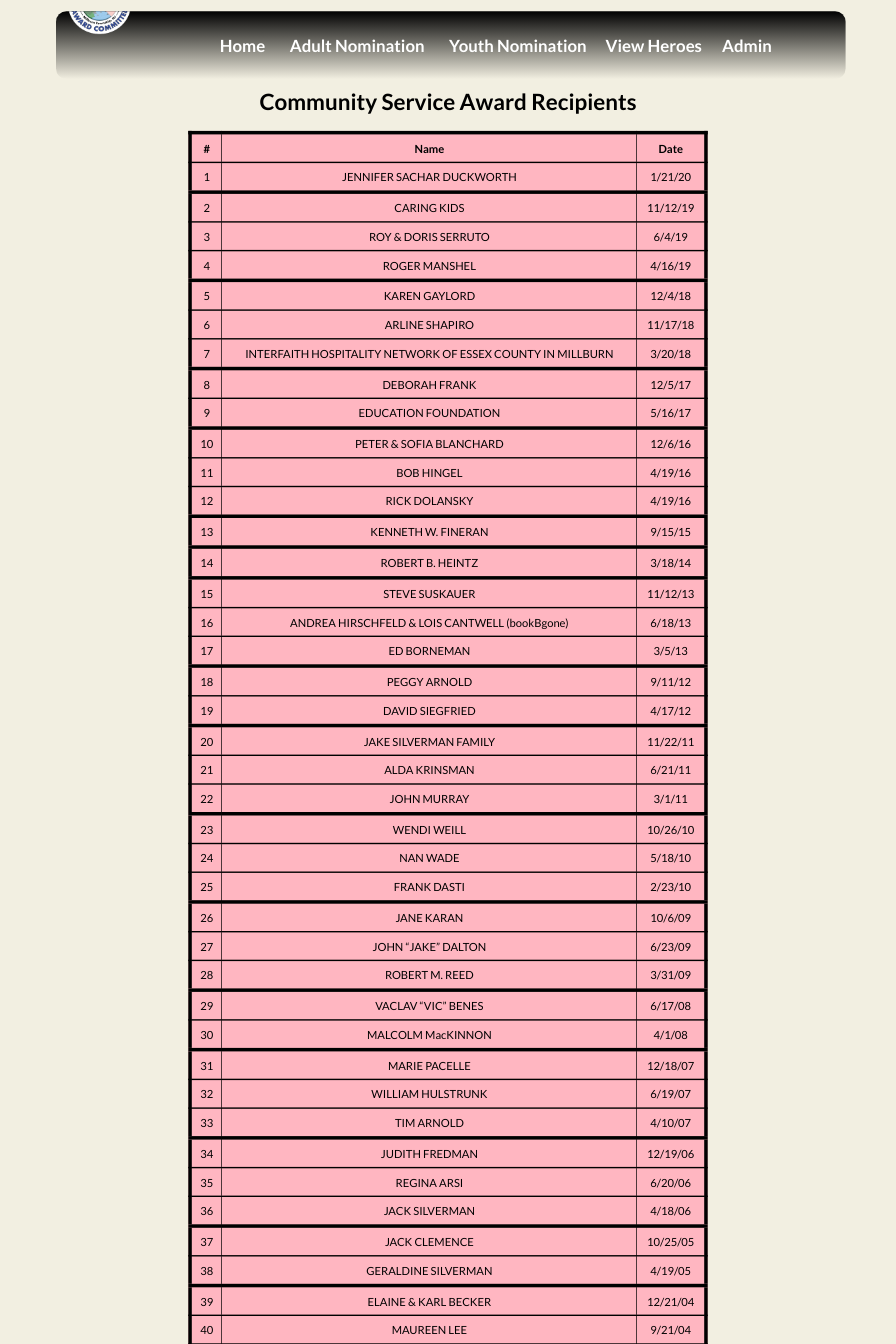
Repository: Centrattic/Young-Heroes-Website
Page: http://localhost/Frontend/before2020.php
The author's editor kept a copy of each file at every save. The page is drawn from the files as they stood at one save, then again after a run of saves.
The browser window is 1280 px wide. The pictures show the part of the page from y = 0 to 1920 px (the page is 3810 px tall), at 70% of full size.
The page is run by PHP 8.4 with error messages shown; the project is at /var/www/html/.

Above is the page before, as saved 2020-12-21 14:21:14.

### Eagle Project/Frontend/before2020.php
<?php
require '../Backend/functions.php';
require '../Backend/dbhconnect.php';
?>

<html>
  <head>
    <link href="https://fonts.googleapis.com/css2?family=Lato:ital,wght@0,400;0,700;1,300;1,400&display=swap" rel="stylesheet">
    <link href="../CSS/home.css" rel="stylesheet" type="text/css" />

    <link rel = "stylesheet" href = "../CSS/navbar.css">
  </head>

  <body>

    <?php
        navbar();
    ?>

    <h1> Community Service Award Recipients</h1> <!-- Most recent first!!! -->
    <br>

    <style>
        #before2020-table {
            margin: 0 auto;
            border: 5px solid black;
            border-radius: 0px;
            background-color: lightpink;
            width: 65%;
        }

        th,td {
            padding: 10px;
        }

        /*td:nth-child(1) {
            border-right: 2px solid black;
            border-radius: 0px;
            padding-bottom: 0px;
            margin-bottom: 0px;
        }*/

        tr {
            border: 2px solid black;
        }

        .last-of-year {
            border-bottom: 5px solid black;
        }

    </style>

    <table id = "before2020-table" rules = "all">
        <tr>
            <th> # </th>
            <th> Name </th>
            <th> Date </th>
        </tr>
        <!-- Most to least recent-->


        <tr class = "last-of-year">
            <td> 1 </td>
            <td> JENNIFER SACHAR DUCKWORTH </td>
            <td> 1/21/20 </td>
        </tr>

		<tr>
            <td> 2 </td>
            <td> CARING KIDS </td>
            <td> 11/12/19 </td>
        </tr>

		<tr>
            <td> 3 </td>
            <td> ROY & DORIS SERRUTO </td>
            <td> 6/4/19 </td>
        </tr>

		<tr class = "last-of-year">
            <td> 4 </td>
            <td> ROGER MANSHEL</td>
            <td> 4/16/19 </td>
        </tr>

		<tr>
            <td> 5 </td>
            <td> KAREN GAYLORD </td>
            <td> 12/4/18 </td>
        </tr>

		<tr>
            <td> 6 </td>
            <td> ARLINE SHAPIRO</td>
            <td> 11/17/18 </td>
        </tr>

		<tr class = "last-of-year">
            <td> 7 </td>
            <td> INTERFAITH HOSPITALITY NETWORK OF ESSEX COUNTY IN MILLBURN </td>
            <td> 3/20/18 </td>
        </tr>

		<tr>
            <td> 8 </td>
            <td> DEBORAH FRANK </td>
            <td> 12/5/17 </td>
        </tr>

		<tr class = "last-of-year">
            <td> 9 </td>
            <td> EDUCATION FOUNDATION </td>
            <td> 5/16/17 </td>
        </tr>
		<tr>
            <td> 10 </td>
            <td> PETER & SOFIA BLANCHARD </td>
            <td> 12/6/16 </td>
        </tr>

		<tr>
            <td> 11 </td>
            <td> BOB HINGEL </td>
            <td> 4/19/16 </td>
        </tr>

		<tr class = "last-of-year">
            <td> 12 </td>
            <td> RICK DOLANSKY </td>
            <td> 4/19/16 </td>
        </tr>

		<tr class = "last-of-year">
            <td> 13 </td>
            <td> KENNETH W. FINERAN </td>
            <td> 9/15/15 </td>
        </tr>

		<tr class = "last-of-year">
            <td> 14 </td>
            <td> ROBERT B. HEINTZ </td>
            <td> 3/18/14 </td>
        </tr>

		<tr>
            <td> 15 </td>
            <td> STEVE SUSKAUER </td>
            <td> 11/12/13 </td>
        </tr>

		<tr>
            <td> 16 </td>
            <td> ANDREA HIRSCHFELD & LOIS CANTWELL (bookBgone) </td>
            <td> 6/18/13 </td>
        </tr>

		<tr class = "last-of-year">
            <td> 17 </td>
            <td> ED BORNEMAN </td>
            <td> 3/5/13 </td>
        </tr>

		<tr>
            <td> 18 </td>
            <td> PEGGY ARNOLD </td>
            <td> 9/11/12 </td>
        </tr>

		<tr class = "last-of-year">
            <td> 19 </td>
            <td> DAVID SIEGFRIED </td>
            <td> 4/17/12 </td>
        </tr>

		<tr>
            <td> 20 </td>
            <td> JAKE SILVERMAN FAMILY </td>
            <td> 11/22/11 </td>
        </tr>

		<tr>
            <td> 21 </td>
            <td> ALDA KRINSMAN </td>
            <td> 6/21/11 </td>
        </tr>

		<tr class = "last-of-year">
            <td> 22 </td>
            <td> JOHN MURRAY </td>
            <td> 3/1/11 </td>
        </tr>

		<tr>
            <td> 23 </td>
            <td> WENDI WEILL </td>
            <td> 10/26/10 </td>
        </tr>

		<tr>
            <td> 24 </td>
            <td> NAN WADE </td>
            <td> 5/18/10 </td>
        </tr>

        <tr class = "last-of-year">
            <td> 25 </td>
            <td> FRANK DASTI </td>
            <td> 2/23/10 </td>
        </tr>

        <tr>
            <td> 26 </td>
            <td> JANE KARAN </td>
            <td> 10/6/09 </td>
        </tr>

        <tr>
            <td> 27 </td>
            <td> JOHN “JAKE” DALTON </td>
            <td> 6/23/09 </td>
        </tr>

        <tr class = "last-of-year">
            <td> 28 </td>
            <td> ROBERT M. REED </td>
            <td> 3/31/09 </td>
        </tr>

        <tr>
            <td> 29 </td>
            <td> VACLAV “VIC” BENES </td>
            <td> 6/17/08 </td>
        </tr>

		<tr class = "last-of-year">
            <td> 30 </td>
            <td> MALCOLM MacKINNON </td>
            <td> 4/1/08 </td>
        </tr>

		<tr>
            <td> 31 </td>
            <td> MARIE PACELLE </td>
            <td> 12/18/07 </td>
        </tr>

		<tr>
            <td> 32 </td>
            <td> WILLIAM HULSTRUNK </td>
            <td> 6/19/07 </td>
        </tr>

		<tr class = "last-of-year">
            <td> 33 </td>
            <td> TIM ARNOLD </td>
            <td> 4/10/07 </td>
        </tr>

		<tr>
            <td> 34 </td>
            <td> JUDITH FREDMAN </td>
            <td> 12/19/06 </td>
        </tr>

		<tr>
            <td> 35 </td>
            <td> REGINA ARSI </td>
            <td> 6/20/06 </td>
        </tr>

		<tr class = "last-of-year">
            <td> 36 </td>
            <td> JACK SILVERMAN </td>
            <td> 4/18/06 </td>
        </tr>

        <tr>
            <td> 37 </td>
            <td> JACK CLEMENCE </td>
            <td> 10/25/05 </td>
        </tr>

        <tr class = "last-of-year">
            <td> 38 </td>
            <td> GERALDINE SILVERMAN </td>
            <td> 4/19/05 </td>
        </tr>

        <tr>
            <td> 39 </td>
            <td> ELAINE & KARL BECKER </td>
            <td> 12/21/04 </td>
        </tr>

		<tr>
            <td> 40 </td>
            <td> MAUREEN LEE </td>
            <td> 9/21/04 </td>
        </tr>

		<tr>
            <td> 41 </td>
            <td> ANNE V. SMITH </td>
            <td> 6/15/04 </td>
        </tr>

		<tr class = "last-of-year">
            <td> 42 </td>
            <td> W. OWEN LAMPE </td>
            <td> 4/8/04 </td>
        </tr>

		<tr>
            <td> 43 </td>
            <td> EVA GOTTSCHO </td>
            <td> 12/2/03 </td>
        </tr>

		<tr class = "last-of-year">
            <td> 44 </td>
            <td> WILLIAM E. JUDES </td>
            <td> 6/10/03 </td>
        </tr>

		<tr>
            <td> 45 </td>
            <td> DELIA WALBRIDGE </td>
            <td> 12/3/02 </td>
        </tr>

		<tr>
            <td> 46 </td>
            <td> SHARON & AVI BRENDER </td>
            <td> 9/10/02 </td>
        </tr>

		<tr class = "last-of-year">
            <td> 47 </td>
            <td> ANGELO Del ROSSI </td>
            <td> 6/11/02 </td>
        </tr>

		<tr>
            <td> 48 </td>
            <td> LOUISE GILI </td>
            <td> 11/20/01 </td>
        </tr>

		<tr>
            <td> 49 </td>
            <td> THOMAS J. EAKLEY </td>
            <td> 8/21/01 </td>
        </tr>

		<tr class = "last-of-year">
            <td> 50 </td>
            <td> SHERMAN T. BREWER, JR. </td>
            <td> 3/20/01 </td>
        </tr>

		<tr>
            <td> 51 </td>
            <td> MARK GUTERMAN </td>
            <td> 12/5/00 </td>
        </tr>

		<tr>
            <td> 52 </td>
            <td> ELEANOR T. McGLAUGHLIN </td>
            <td> 9/19/00 </td>
        </tr>

		<tr>
            <td> 53 </td>
            <td> JOAN DAESCHLER </td>
            <td> 6/13/00 </td>
        </tr>

		<tr class = "last-of-year">
            <td> 54 </td>
            <td> WALTER JEFFREY, JR. </td>
            <td> 4/18/00 </td>
        </tr>

		<tr>
            <td> 55 </td>
            <td> DR. PAUL KEARNEY </td>
            <td> 11/9/99 </td>
        </tr>

		<tr class = "last-of-year">
            <td> 56 </td>
            <td> LEIGH GIFFORD </td>
            <td> 4/13/99 </td>
        </tr>

		<tr>
            <td> 57 </td>
            <td> LYNNE RANIERI </td>
            <td> 12/15/98 </td>
        </tr>

		<tr>
            <td> 58 </td>
            <td> ELAINE BIRNHOLZ </td>
            <td> 10/20/98 </td>
        </tr>

		<tr>
            <td> 59 </td>
            <td> NANCY GOAT </td>
            <td> 6/9/98 </td>
        </tr>

		<tr class = "last-of-year">
            <td> 60 </td>
            <td> JAMES LAURIE </td>
            <td> 3/17/98 </td>
        </tr>

		<tr>
            <td> 61 </td>
            <td> JOAN BORNEMAN </td>
            <td> 12/16/97 </td>
        </tr>

		<tr>
            <td> 62 </td>
            <td> PHYLLIS KINGSBURY </td>
            <td> 10/7/97 </td>
        </tr>

		<tr>
            <td> 63 </td>
            <td> LINDSEY REBECCA HUSTON </td>
            <td> 6/24/97 </td>
        </tr>

		<tr class = "last-of-year">
            <td> 64 </td>
            <td> ALFRED H. CONNELLEE </td>
            <td> 4/19/97 </td>
        </tr>

		<tr>
            <td> 65 </td>
            <td> HARRIET LOWENGRUB </td>
            <td> 12/3/96 </td>
        </tr>

		<tr>
            <td> 66 </td>
            <td> JOHN S. WARE </td>
            <td> 6/25/96 </td>
        </tr>

        <tr class = "last-of-year">
            <td> 67 </td>
            <td> SUSANNAH J. LIKINS </td>
            <td> 3/19/96 </td>
        </tr>

        <tr>
            <td> 68 </td>
            <td> IRIS STOLOFF </td>
            <td> 12/5/95 </td>
        </tr>

        <tr>
            <td> 69 </td>
            <td> DOUGLAS REED </td>
            <td> 9/5/95 </td>
        </tr>

		<tr>
            <td> 70 </td>
            <td> CHARLES T. & DOROTHY KING </td>
            <td> 6/27/95 </td>
        </tr>

		<tr class = "last-of-year">
            <td> 71 </td>
            <td> ROBERT E. MARSHALL </td>
            <td> 3/21/95 </td>
        </tr>

        <tr>
            <td> 72 </td>
            <td> LOUIS J. KURTZ </td>
            <td> 2/6/94 </td>
        </tr>

		<tr>
            <td> 73 </td>
            <td> LEZETTE PROUD </td>
            <td> 9/13/94 </td>
        </tr>

		<tr class = "last-of-year">
            <td> 74 </td>
            <td> LAUREN HUSTON </td>
            <td> 6/14/94 </td>
        </tr>

		<tr>
            <td> 75 </td>
            <td> DONALD L. CAMPBELL </td>
            <td> 7/6/93 </td>
        </tr>

		<tr class = "last-of-year">
            <td> 76 </td>
            <td> MAUREEN S. SILVER </td>
            <td> 4/27/93 </td>
        </tr>

        <tr>
            <td> 77 </td>
            <td> STEPHEN LEIT </td>
            <td> 6/16/92 </td>
        </tr>

        <tr>
            <td> 78 </td>
            <td> MURIEL SCHWARTZSTEIN </td>
            <td> 5/5/92 </td>
        </tr>

        <tr class = "last-of-year">
            <td> 79 </td>
            <td> EVELYN ORTNER </td>
            <td> 3/3/92 </td>
        </tr>

        <tr>
            <td> 80 </td>
            <td> LINDA McDONOUGH </td>
            <td> 12/17/91 </td>
        </tr>

        <tr>
            <td> 81 </td>
            <td> ALFRED T. PEDECINE </td>
            <td> 9/3/91 </td>
        </tr>

        <tr>
            <td> 82 </td>
            <td> EDITH CONNELLEE </td>
            <td> 8/16/91 </td>
        </tr>

        <tr>
            <td> 83 </td>
            <td> LORI FRIEDMAN </td>
            <td> 6/11/91 </td>
        </tr>

        <tr>
            <td> 84 </td>
            <td> WILLIAM CONROE </td>
            <td> 5/21/91 </td>
        </tr>

        <tr>
            <td> 87 </td>
            <td> ELIZABETH NAUGHTON </td>
            <td> 5/5/91 </td>
        </tr>

    </table>



</body>
</html>

### Eagle Project/Backend/dbhconnect.php
<?php
  $servername = "localhost";
  $dbUsername = "root";
  $dbPassword = "";
  $dbName = "young_heroes";

  //connecting to database
  $connection = new mysqli($servername, $dbUsername, $dbPassword, $dbName);

  //error message if connection fails
  if(!$connection){
    die("Connection failed: ".mysqli_connect_error());
  }
?>

### Eagle Project/CSS/home.css
* {
    text-align: center;
    padding: 2px;
    margin: 2px;
    font-family: 'Lato', sans-serif;
    border-radius: 15px;

}

body {
    background-color: #F2EFE1;

}

#homepicgrid {
    display: grid;
    width: auto;
    height: 30%;

    grid-template-columns: auto auto auto auto;
    grid-template-rows: auto;
}

#homepicgrid img {
    height: 100%;
    object-fit: cover;
    width: 100%;
}


#homepagetitle {
    font-size: 2em;
    width: auto;
    background-color: white;
    padding: 10px;
    margin: 5px;
}



#hometextgrid {
    display: grid;
    width: auto;
    margin: 0 auto;
    grid-template-columns: auto auto auto;
    grid-template-rows: auto auto;
}

#hometextgrid div {
    background-color: #E2DECC;
    padding: 20px;
}


#CSAChistory {
    background-color: #E2DECC;
    padding: 20px;
    padding-top: 0;
    margin: 10px 0;
}
#impact {
    background-color: white;
    width: 35%;
    margin: 2% auto;
    border: 10px solid transparent;
    border-image: url("../Images/borderhome.jpg") 30 round !important;
}

#impact h3 {
    margin: 15%;
}


#getinvolved {
    background-image: url("../Images/millburnblossoms.jpg");
    height: 60%;
    display: flex;
    align-items: center;
    justify-content: center;
}

#nominateahero {
    width: 70%;
    padding: 0 20px;
    background-color:  #F2EFE1;
}

#getinvolved p {
    margin: 10px;
}

button {
    font-size: 1em;
}

### Eagle Project/CSS/navbar.css
* {
    text-align: center;
    font-family: 'Lato', sans-serif;
}

body {
    background-color: #F2EFE1;
}


.menu-area li{
    display: inline;
    color: white;
    font-weight: bold;
    font-size: 1.5em;
    padding-bottom: 10px;
}

.menu-area .non-dropdown a{
    display: inline-block;
    padding: 30px 10px;
    color: white;
    box-sizing: border-box;

}

.menu-area a {
    text-decoration: none;
    color: white;
}

.menu-area .nav-dropdown .dropdown-content li a{
    display: inline-block;
    text-align: center;
    padding: 14px 16px;
    text-decoration: none;
}

.menu-area {
    width: 100%;
    background-image: linear-gradient(black, #F2EFE1);
    overflow: hidden;
    border-radius: 15px;
}

.menu-area .non-dropdown:hover{
    border-radius: 0px;
    border-bottom: 10px solid aliceblue;
}

.menu-area li a {
    box-sizing: border-box;
}

.nav-dropbtn {
    text-decoration: none;
    color: white;
}

/*FIX THIS LATER*/


#logout {
    all: unset;
}

body {
    margin: 0 5%;
}

/* ------------------*/



li.nav-dropdown {
    display: inline-block;
}

.dropdown-content {
    display: none;
    position: absolute;
    background-color: #f9f9f9;
    min-width: 150px;
    box-shadow: 0px 8px 16px 0px rgba(0,0,0,0.2);
    z-index: 1;

}

.dropdown-content a {
    color: black;
    padding: 12px 16px;
    text-decoration: none;
    display: block;
    font-size: .9em;
    text-align: left;
}


.dropdown-content a:hover {
    background-color: #f1f1f1;
}


.nav-dropdown:hover .dropdown-content {
    display: block;
    border-radius: 0px;
}


/* Footer*/



.site-footer {
    background-color: #E2DECC;
      text-align: center;
      margin: 10px 0;
      padding: 10px 0;
  }

  #social-wrapper {
      text-align: center;
  }

  /*Social Media Icons*/
  .social-wrapper {
      text-align: center;
  }

  .social-wrapper ul li {
      display: inline;
      margin: 0 5px;
  }

  .twitter-icon,
  .facebook-icon,
  .instagram-icon,
  .linkedin-icon,
  .googleplus-icon,
  .youtube-icon,
  .foursquare-icon{
      margin-top: .625em;
      width: 40px;
      height: 40px;
      opacity: .6;
      filter: alpha(opacity=60); /* For IE8 and earlier */
    border-radius: 25px;
  }

  .twitter-icon:hover,
  .facebook-icon:hover,
  .instagram-icon:hover,
  .linkedin-icon:hover,
  .googleplus-icon:hover,
  .youtube-icon:hover,
  .foursquare-icon:hover {
      opacity: 1.0;
      filter: alpha(opacity=100); /* For IE8 and earlier */
  }

  .footer-nav p {
      text-align: center;
  }

Loaded but not shown: Eagle Project/Backend/functions.php (1101 lines, source omitted)

After the next 3 saves:
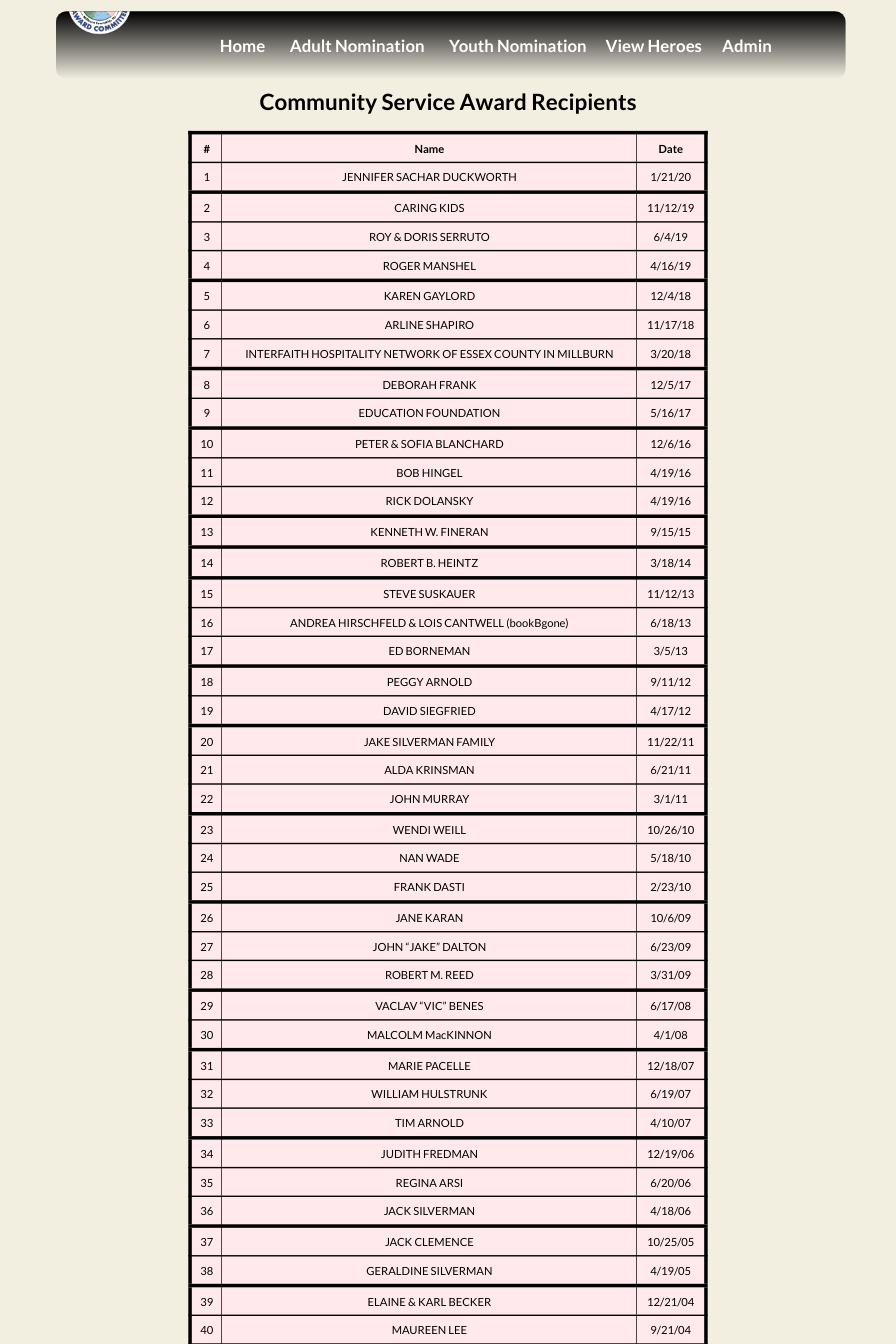
The 3 saves are shown as one change because they came seconds apart.
The last was saved 36 s later.
--- a/Eagle Project/Frontend/before2020.php
+++ b/Eagle Project/Frontend/before2020.php
@@ -25,7 +25,7 @@ require '../Backend/dbhconnect.php';
             margin: 0 auto;
             border: 5px solid black;
             border-radius: 0px;
-            background-color: lightpink;
+            background-color: #ffe9ec;
             width: 65%;
         }
 
